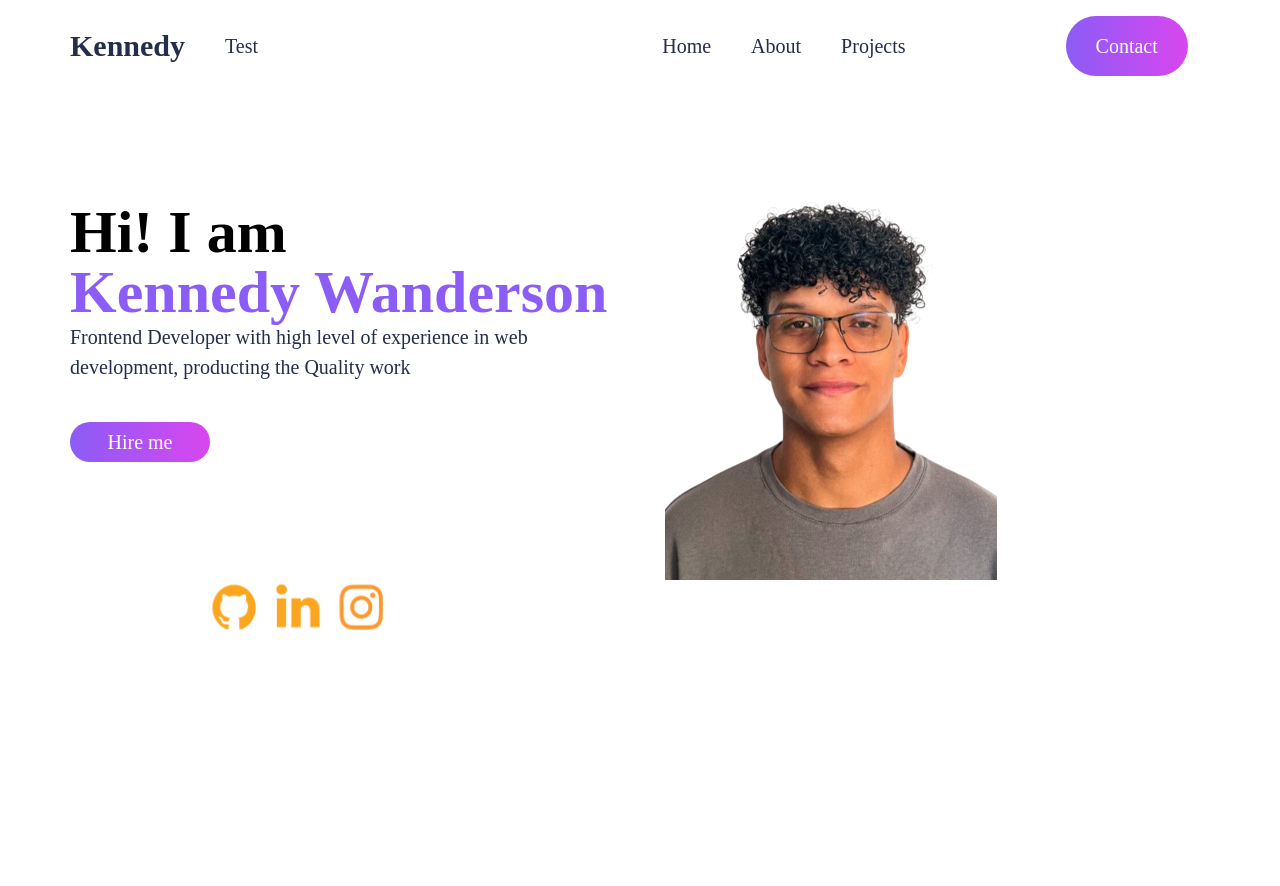
Repository: KennedyWanderson/portfolio
Page: /
The author's editor kept a copy of each file at every save. The page is drawn from the files as they stood at one save, then again after the next save.
The browser window is 1280 px wide. The pictures show the whole page.
Some web fonts or font styles are not loaded; a fallback is used. The project was rebuilt for these pictures with package versions that can differ from the ones it lists, and the page was loaded fresh each time.

Above is the page before, as saved 2024-01-17 11:47:54.

After the next save:
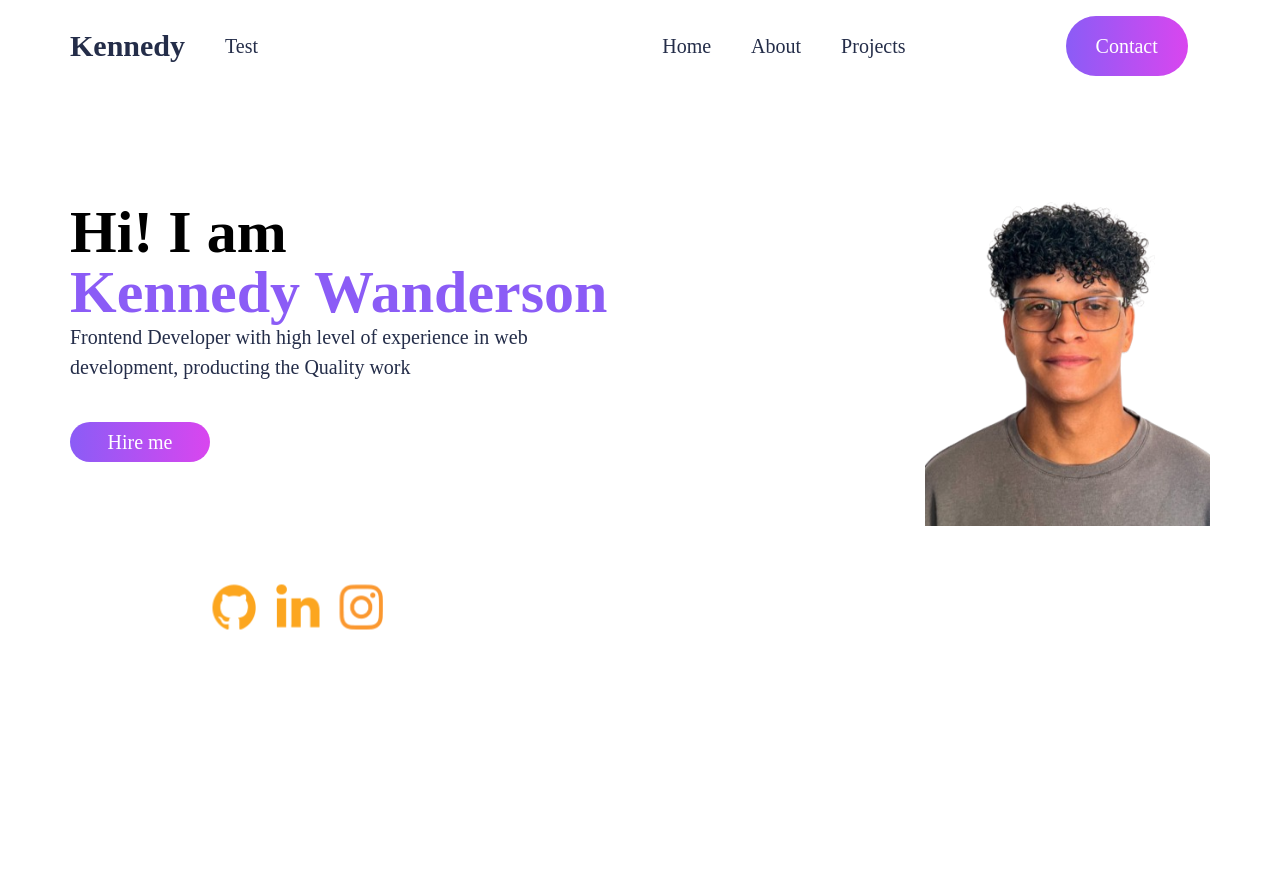
Saved 4 s later.
--- a/src/Components/About/About.jsx
+++ b/src/Components/About/About.jsx
@@ -33,7 +33,7 @@ const About = () => {
                 </div>
             </div>
             <div className="flex-1 relative">
-                <div className="z-[1] absolute left-5 ">
+                <div className="z-[1] absolute left-2/4 ">
                     <img className="scale-145 " src={Profile} alt="" />
                 </div>
             </div>
